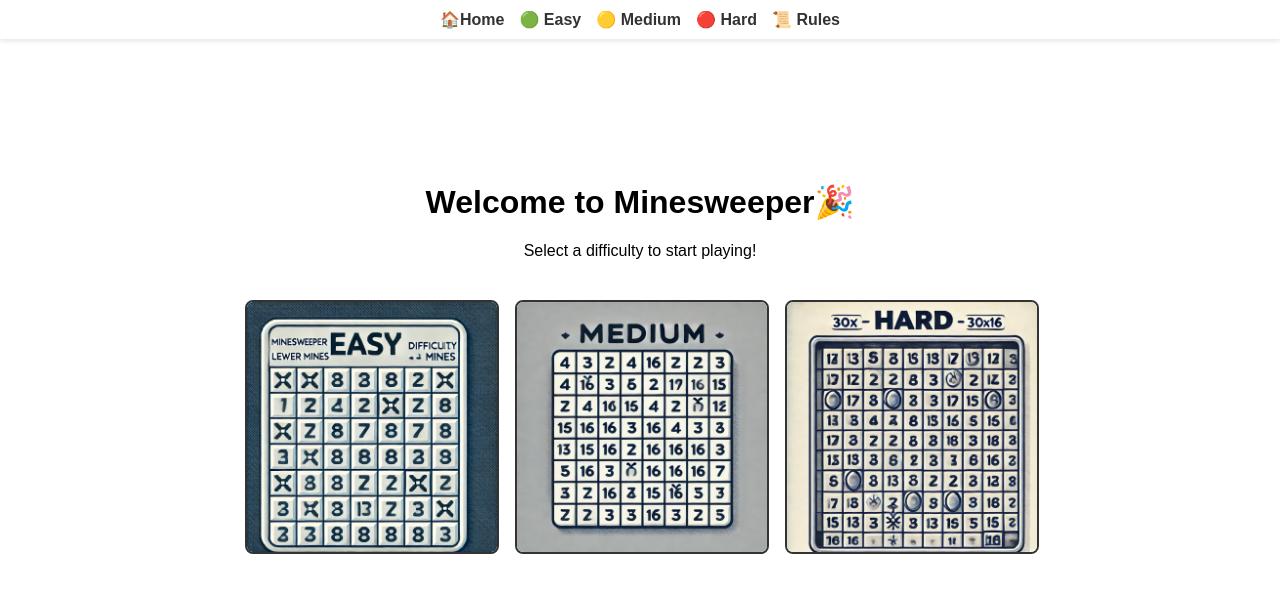
Repository: liwingy/-WingYee-_-Li-project2
Page: /
An editor plug-in stored every save of this project. The page is shown before and after the next save, followed by the edit.
The browser window is 1280 px wide. The pictures show the whole page.
The project was rebuilt for these pictures with package versions that can differ from the ones it lists, and the page was loaded fresh each time. Also part of the build but not shown: src/components/Cell.js, src/views/Game.js, src/views/Rules.js.

Above is the page before, as saved 2024-11-11 21:23:55.

After the next save:
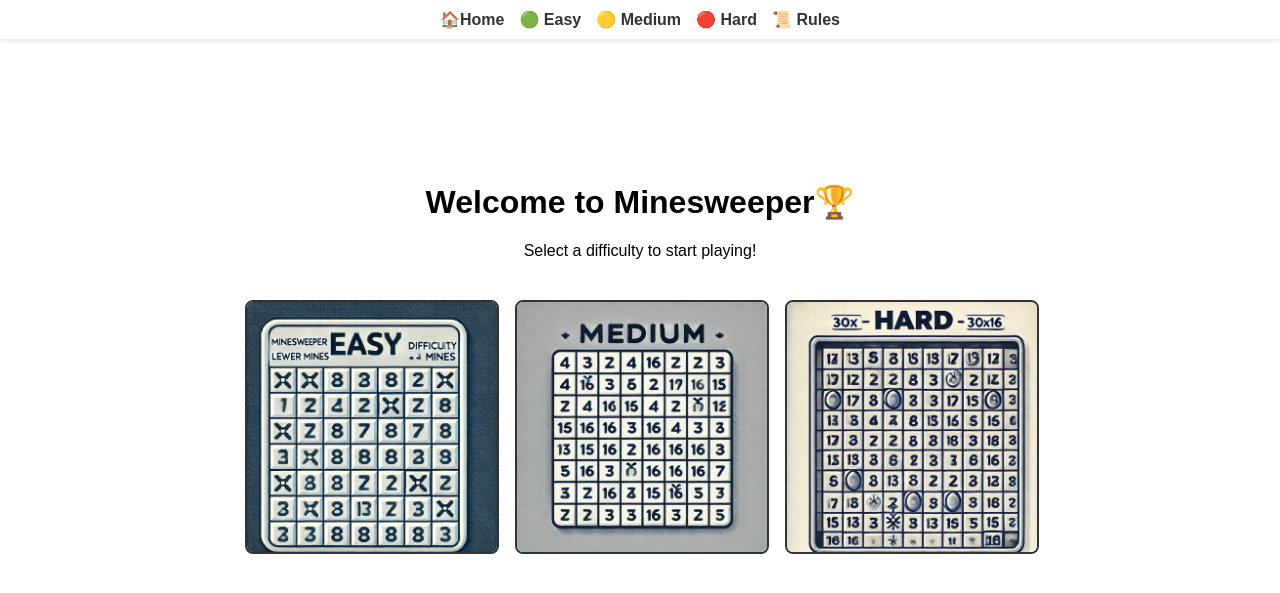
Saved 11 h 53 min later.
--- a/src/views/Homepage.js
+++ b/src/views/Homepage.js
@@ -8,7 +8,7 @@ import './Homepage.css';
 function Homepage() {
   return (
     <div className="homepage">
-      <h1>Welcome to Minesweeper&#x1F389;</h1>
+      <h1>Welcome to Minesweeper🏆</h1>
       <p>Select a difficulty to start playing!</p>
 
       <div className="difficulty-section">
